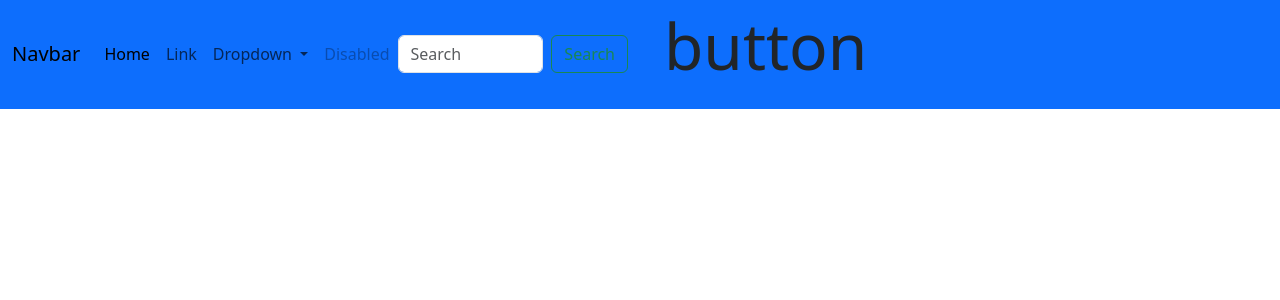
Repository: Riyakashiwala/practical
Page: riya 6th sem/book website.html
An editor plug-in stored every save of this project. The page is shown before and after the next save, followed by the edit.
The browser window is 1280 px wide. The pictures show the whole page.

Above is the page before, as saved 2024-12-11 06:36:27.

### riya 6th sem/book website.html
<!DOCTYPE html>
<html lang="en">
<head>
    <meta charset="UTF-8">
    <meta name="viewport" content="width=device-width, initial-scale=1.0">
    <title>Book Website</title>
    <link href="https://cdn.jsdelivr.net/npm/bootstrap@5.3.3/dist/css/bootstrap.min.css" rel="stylesheet" integrity="sha384-QWTKZyjpPEjISv5WaRU9OFeRpok6YctnYmDr5pNlyT2bRjXh0JMhjY6hW+ALEwIH" crossorigin="anonymous">


</head>
<body>
    <nav class="navbar navbar-expand-lg bg-primary">
        <div class="container-fluid bg-primary">
            <a class="navbar-brand" href="#">Navbar</a>
            <button class="navbar-toggler" type="button" data-bs-toggle="collapse" data-bs-target="#navbarSupportedContent" aria-controls="navbarSupportedContent" aria-expanded="false" aria-label="Toggle navigation">
            <span class="navbar-toggler-icon"></span>
            </button>
            <div class="collapse navbar-collapse" id="navbarSupportedContent">
            <ul class="navbar-nav me-auto mb-2 mb-lg-0">
                <li class="nav-item">
                <a class="nav-link active" aria-current="page" href="#">Home</a>
                </li>
                <li class="nav-item">
                <a class="nav-link" href="#">Link</a>
                </li>
                <li class="nav-item dropdown">
                <a class="nav-link dropdown-toggle" href="#" role="button" data-bs-toggle="dropdown" aria-expanded="false">
                Dropdown
                </a>
                <ul class="dropdown-menu">
                <li><a class="dropdown-item" href="#">Action</a></li>
                <li><a class="dropdown-item" href="#">Another action</a></li>
                <li><hr class="dropdown-divider"></li>
                <li><a class="dropdown-item" href="#">Something else here</a></li>
                </ul>
                </li>
            <li class="nav-item">
                <a class="nav-link disabled" aria-disabled="true">Disabled</a>
            </li>
            </ul>
            <form class="d-flex" role="search">
            <input class="form-control me-2" type="search" placeholder="Search" aria-label="Search">
            <button class="btn btn-outline-success" type="submit">Search</button>
            </form>
        </div>
        </div>
        <div class="container-fluid bg-primary">
        <div class="container">
            <section id="intro">
                <div class="row justify-content-start">
                    <div class="col-6">
                        <p class="display-3">button</p>
                    </div>
                </div>
            </section>
        </div>
        </div>
    </nav>
    <script src="https://cdn.jsdelivr.net/npm/bootstrap@5.3.3/dist/js/bootstrap.bundle.min.js" integrity="sha384-YvpcrYf0tY3lHB60NNkmXc5s9fDVZLESaAA55NDzOxhy9GkcIdslK1eN7N6jIeHz" crossorigin="anonymous"></script>
</body>
</html>

After the next save:
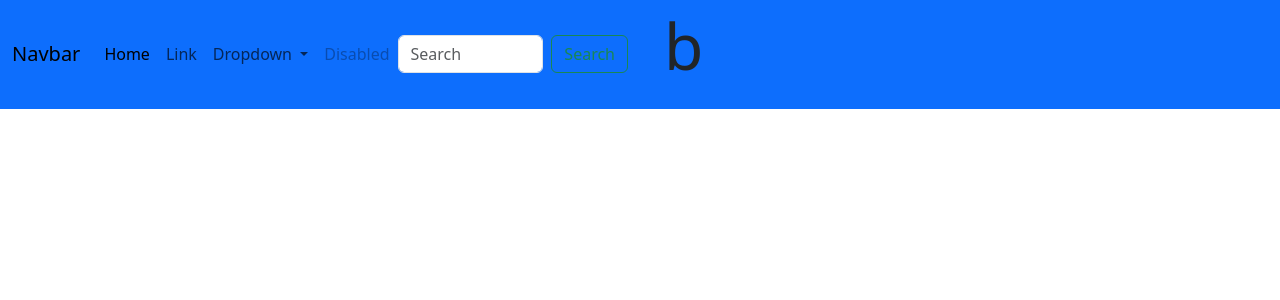
Saved 21 s later.
--- a/riya 6th sem/book website.html
+++ b/riya 6th sem/book website.html
@@ -49,7 +49,7 @@
             <section id="intro">
                 <div class="row justify-content-start">
                     <div class="col-6">
-                        <p class="display-3">button</p>
+                        <p class="display-3">b</p>
                     </div>
                 </div>
             </section>
